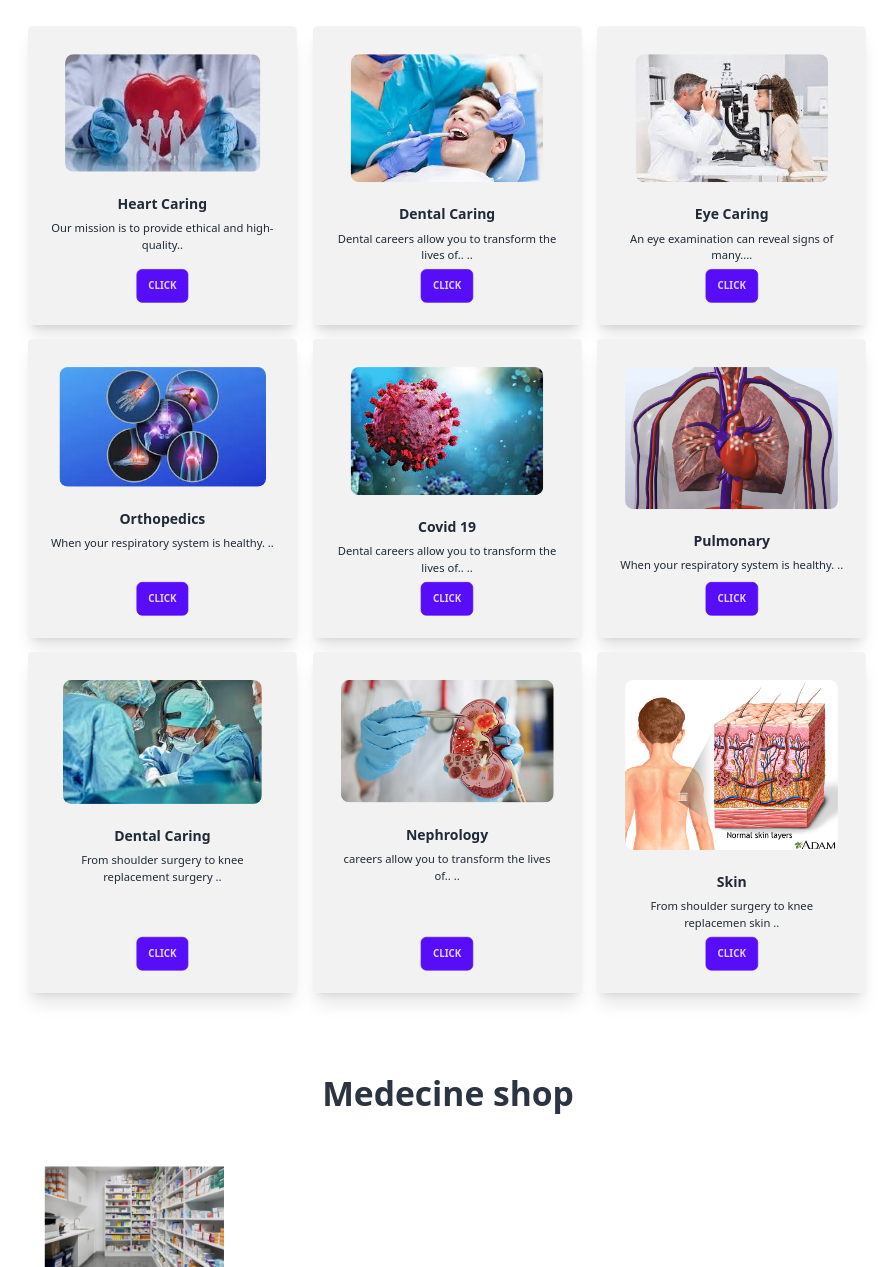
Repository: salmaakter11/Medical-Health
Page: /
The author's editor kept a copy of each file at every save. The page is drawn from the files as they stood at one save, then again after the next save.
The browser window is 1280 px wide. The pictures show the part of the page from y = 4019 to 5939 px (the page is 5829 px tall before and 5939 px after), at 70% of full size.
The project was rebuilt for these pictures with package versions that can differ from the ones it lists, and the page was loaded fresh each time. Also part of the build but not shown: vite.config.js.

Above is the page before, as saved 2023-07-20 18:08:25.

After the next save:
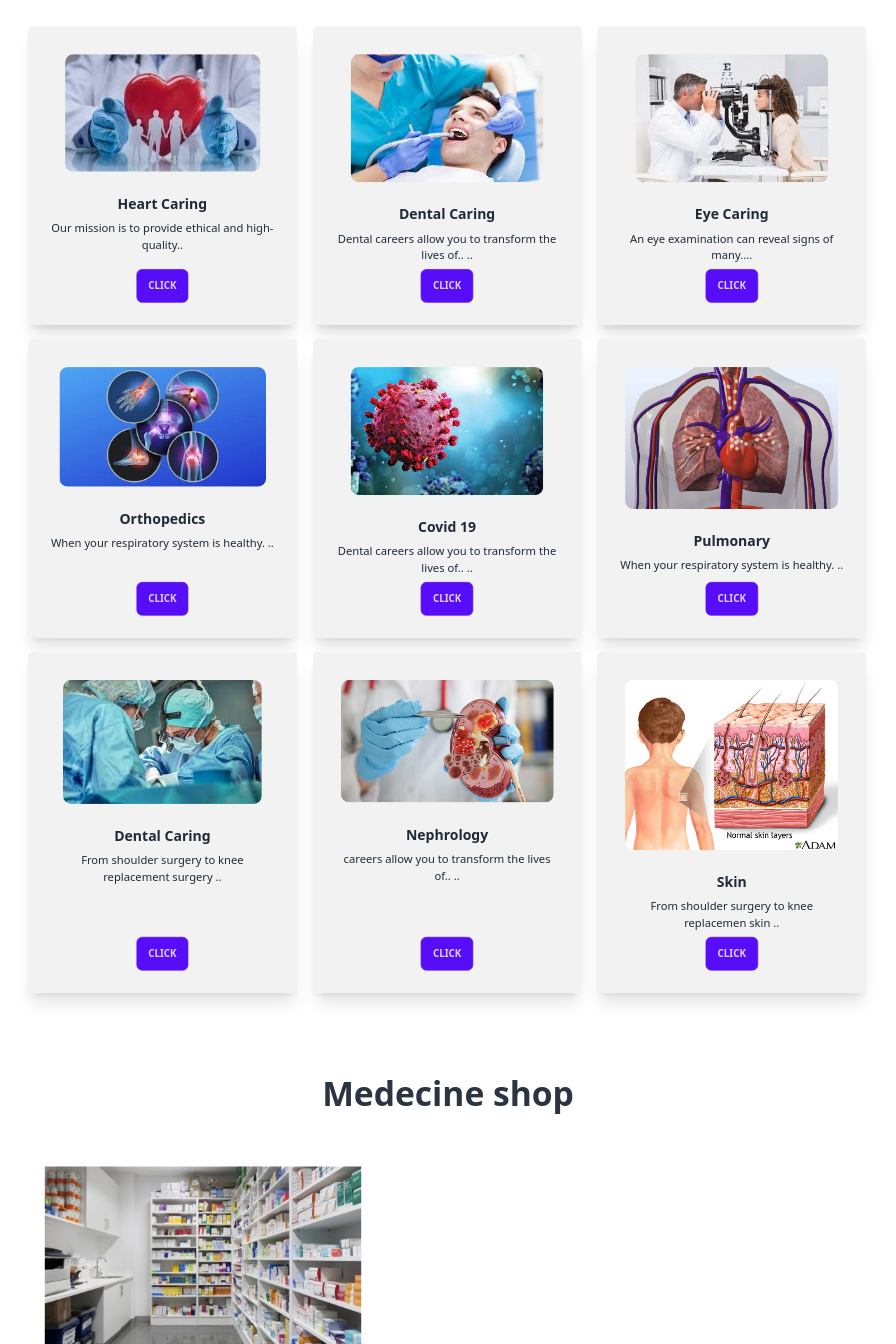
Saved 16 s later.
--- a/src/component/Shop/Shop.jsx
+++ b/src/component/Shop/Shop.jsx
@@ -6,7 +6,7 @@
     return (
         <div id=''>
             <h1 className=' text-center text-neutral font-bold text-5xl py-20 '>Medecine shop</h1>
-            <div className=' px-16  w-96'>
+            <div className=' px-16 '>
             <img src={shop} alt="" />
             </div>
         </div>
